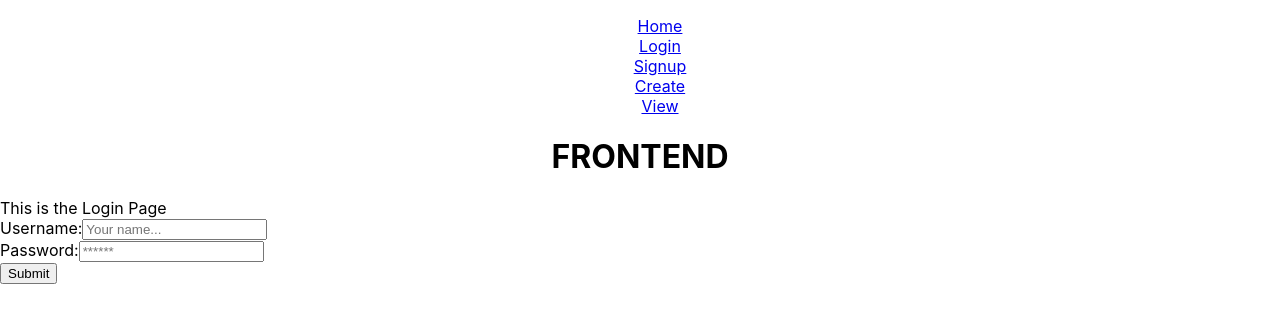
Repository: MikeTroianello/SuPro
Page: /login (app in frontend/)
An editor plug-in stored every save of this project. The page is shown before and after the next save, followed by the edit.
The browser window is 1280 px wide. The pictures show the whole page.
The project was rebuilt for these pictures with package versions that can differ from the ones it lists, and the page was loaded fresh each time. A package was used in the major version that the imports need, not the one package.json lists. Also part of the build but not shown: frontend/src/components/Home.js, frontend/src/components/Signup.js, frontend/src/components/Create.js, frontend/src/components/View.js.

Above is the page before, as saved 2019-10-04 14:48:27.

After the next save:
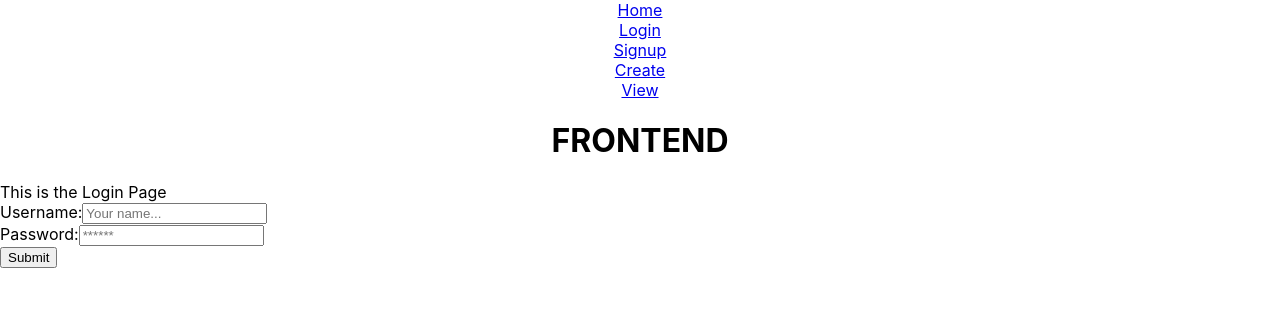
Saved 7 s later.
--- a/frontend/src/components/Navbar.js
+++ b/frontend/src/components/Navbar.js
@@ -4,23 +4,21 @@ import { Link } from 'react-router-dom';
 export default function Navbar() {
   return (
     <div>
-      <ol>
-        <div>
-          <Link to='/'>Home</Link>
-        </div>
-        <div>
-          <Link to='/login'>Login</Link>
-        </div>
-        <div>
-          <Link to='/signup'>Signup</Link>
-        </div>
-        <div>
-          <Link to='/create'>Create</Link>
-        </div>
-        <div>
-          <Link to='/view'>View</Link>
-        </div>
-      </ol>
+      <div>
+        <Link to='/'>Home</Link>
+      </div>
+      <div>
+        <Link to='/login'>Login</Link>
+      </div>
+      <div>
+        <Link to='/signup'>Signup</Link>
+      </div>
+      <div>
+        <Link to='/create'>Create</Link>
+      </div>
+      <div>
+        <Link to='/view'>View</Link>
+      </div>
     </div>
   );
 }
